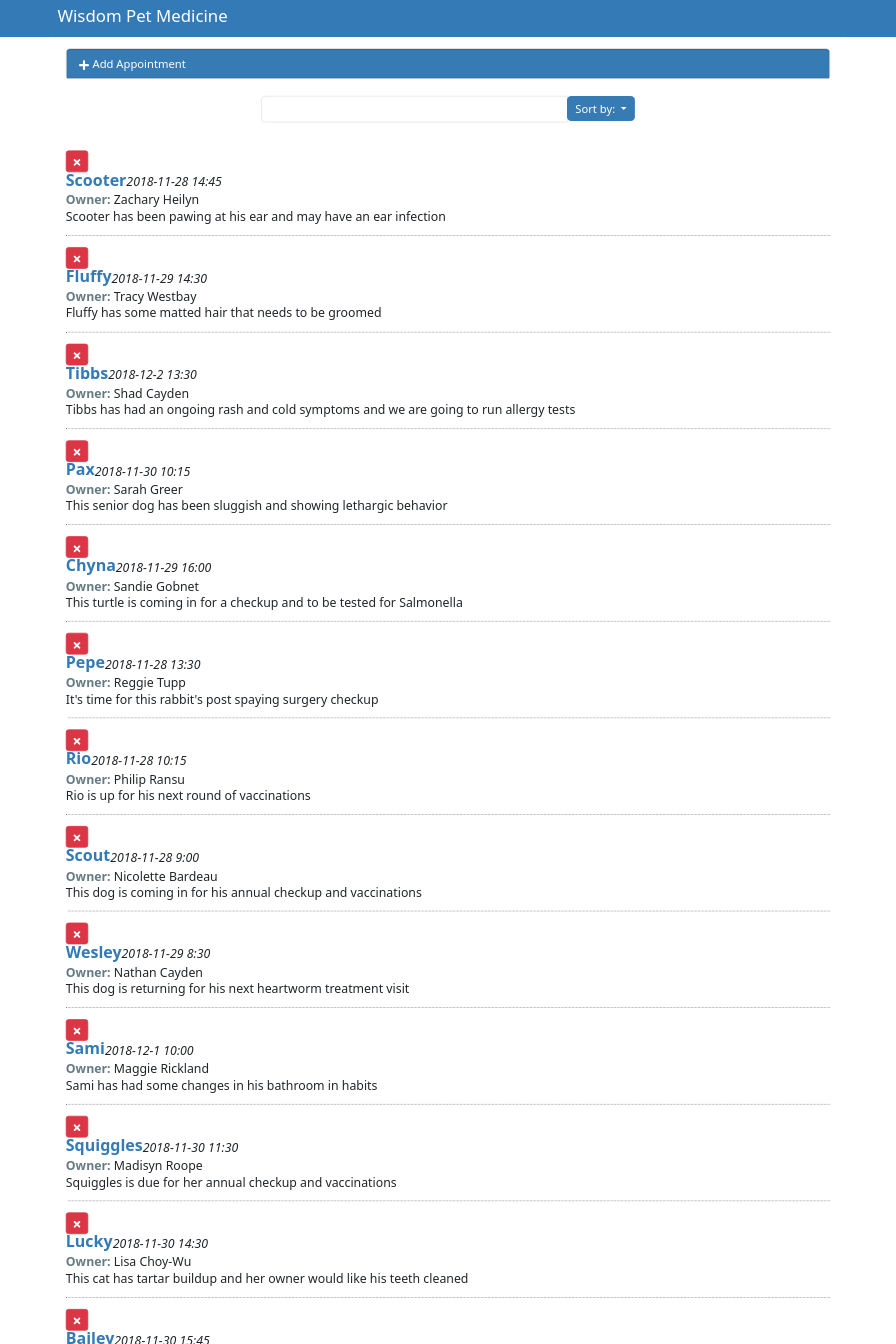
Repository: DevLuDaley/reactinterface
Page: /
An editor plug-in stored every save of this project. The page is shown before and after the next save, followed by the edit.
The browser window is 1280 px wide. The pictures show the part of the page from y = 0 to 1920 px (the page is 3716 px tall), at 70% of full size.
The project was rebuilt for these pictures with package versions that can differ from the ones it lists, and the page was loaded fresh each time.

Above is the page before, as saved 2021-02-04 19:52:08.

After the next save:
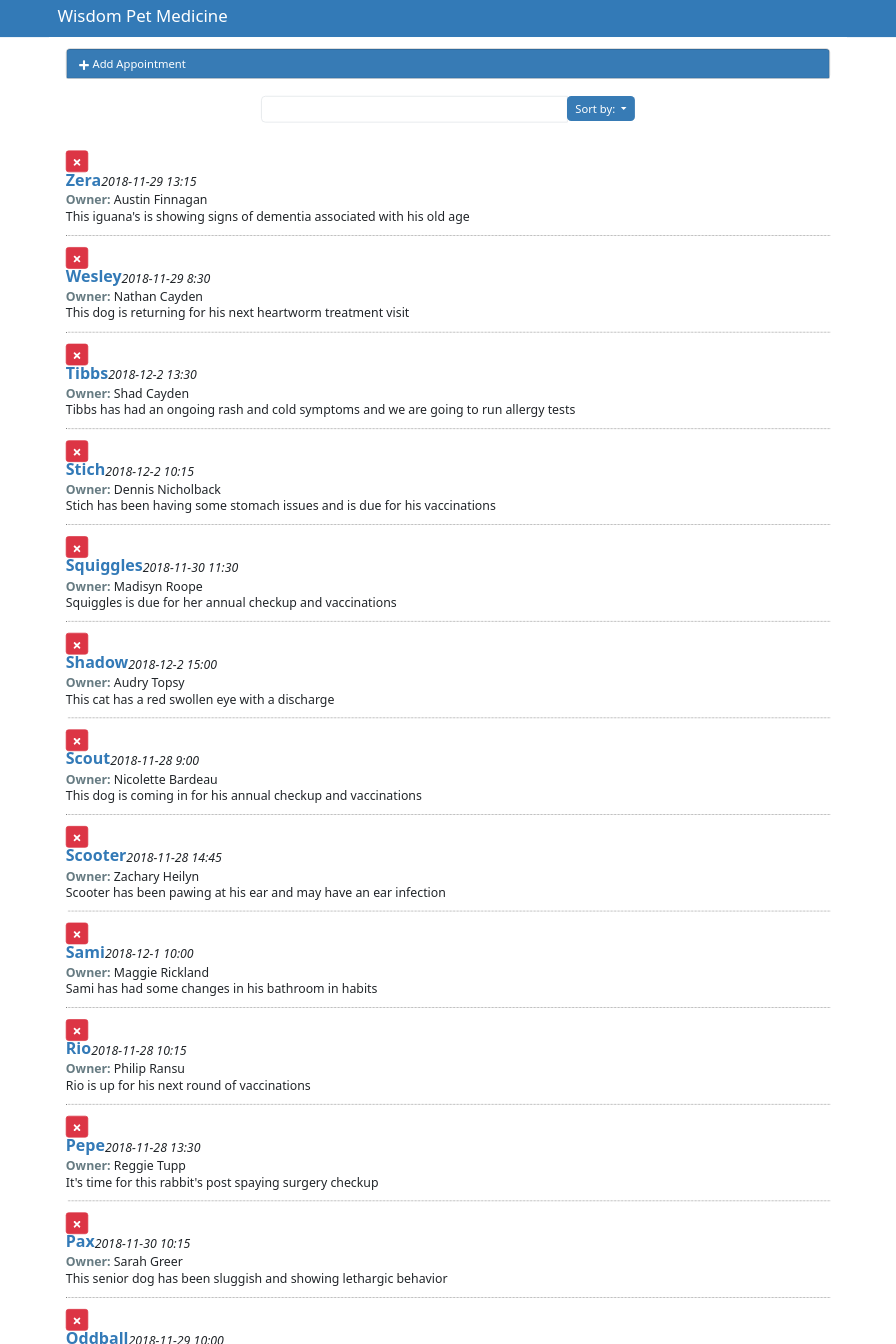
Saved 9 s later.
--- a/src/components/App.js
+++ b/src/components/App.js
@@ -13,7 +13,7 @@ class App extends Component {
     this.state = {
       myAppointments: [],
       formDisplay: false,
-      orderBy: 'ownerName',
+      orderBy: 'petName',
       orderDir: 'desc',
       lastIndex: 0
     };
